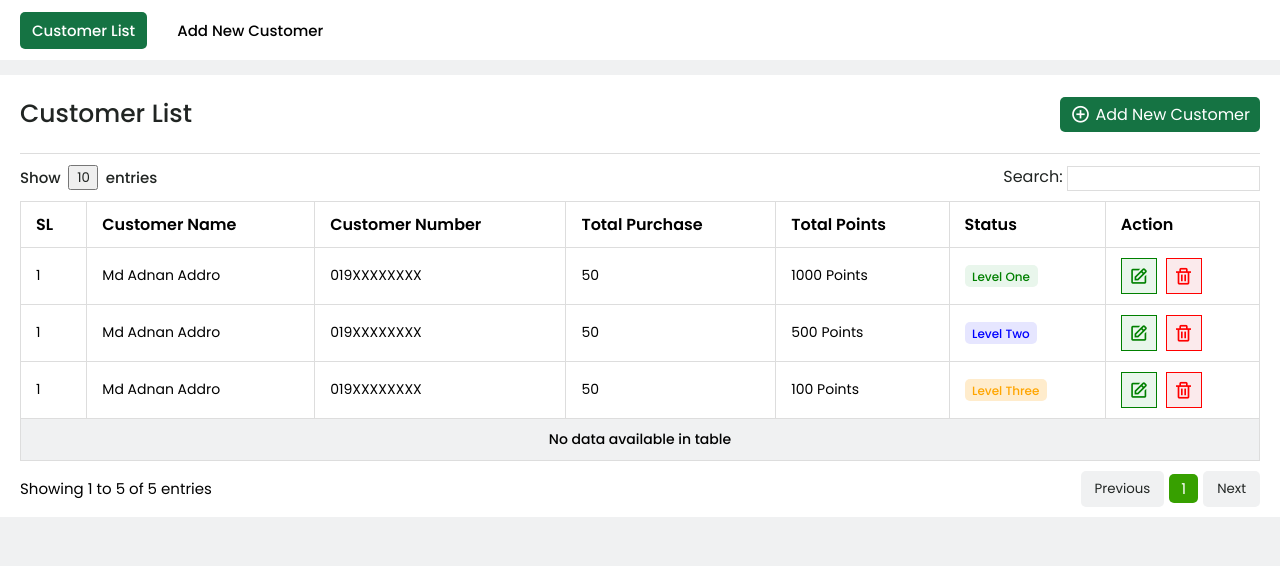
Repository: codebyaddro/customer-page
Page: customer.html
The author's editor kept a copy of each file at every save. The page is drawn from the files as they stood at one save, then again after a run of saves.
The browser window is 1280 px wide. The pictures show the whole page.

Above is the page before, as saved 2025-02-20 14:49:36.

### customer.html
<!DOCTYPE html>
<html lang="en">
<head>
    <meta charset="UTF-8">
    <meta name="viewport" content="width=device-width, initial-scale=1.0">
    <!-- CSS -->
    <link rel="stylesheet" href="css/customer.css">
    <!-- Icons -->
    <link href='https://unpkg.com/boxicons@2.1.4/css/boxicons.min.css' rel='stylesheet'>
    <title>Customer - Page</title>
</head>
<body style="background-color: var(--gray-white);">
    <div class="cba-customer-container">
        <div class="cba-cusc-top-menus">
            <ul>
                <li><a href="/index.html" class="cba-cusc-active-menu">Customer List</a></li>
                <li><a href="/inner-pages/html/anc.html" class="cba-cusc-light-up">Add New Customer</a></li>
            </ul>
        </div>
        <div class="cba-cusc-list-container">
            <div class="cba-cusc-heading-add-new-btn">
                <div class="cba-cusc-heading">
                    <h2>Customer List</h2>
                </div>
                <div class="cba-cusc-add-new-btn">
                    <i class='cba-cusc-add-icon bx bx-plus-circle'></i>
                    <a href="/inner-pages/html/anc.html">Add New Customer</a>
                </div>
            </div>
            <div class="cba-cusc-list-short-dpdwn-search-box">
                <div class="cba-cusc-list-short-dpdwn">
                    <h3>Show</h3>
                    <select name="10" id="">
                        <option value="">10</option>
                        <option value="">20</option>
                        <option value="">30</option>
                        <option value="">All</option>
                    </select>
                    <h3>entries</h3>
                </div>
                <div class="cba-cusc-search-box">
                    <legend>Search: <input type="text"></legend>
                </div>
            </div>
            <div class="cba-cusc-table-list">
                <table>
                    <thead>
                        <tr>
                            <th title="SL">SL</th>
                            <th title="Code">Customer Name</th>
                            <th title="Category Name">Customer Number</th>
                            <th title="Status">Total Purchase</th>
                            <th title="Status">Total Points</th>
                            <th title="Status">Status</th>
                            <th title="Action">Action</th>
                        </tr>
                    </thead>
                    <tbody>
                        <tr>
                            <td>1</td>
                            <td>Md Adnan Addro</td>
                            <td>019XXXXXXXX</td>
                            <td>50</td>
                            <td><span>1000</span> Points</td>
                            <td><span class="cba-cusc-ls1">Level One</span></td>
                            <td>
                                <a title="Edit" href="#"><i class='cba-cusc-edit-icon bx bx-edit'></i></a>
                                <a title="Delete" href="#"><i class='cba-cusc-delete-icon bx bx-trash'></i></a>
                            </td>
                        </tr>
                        <tr>
                            <td>1</td>
                            <td>Md Adnan Addro</td>
                            <td>019XXXXXXXX</td>
                            <td>50</td>
                            <td><span>500</span> Points</td>
                            <td><span class="cba-cusc-ls2">Level Two</span></td>
                            <td>
                                <a title="Edit" href="#"><i class='cba-cusc-edit-icon bx bx-edit'></i></a>
                                <a title="Delete" href="#"><i class='cba-cusc-delete-icon bx bx-trash'></i></a>
                            </td>
                        </tr>
                        <tr>
                            <td>1</td>
                            <td>Md Adnan Addro</td>
                            <td>019XXXXXXXX</td>
                            <td>50</td>
                            <td><span>100</span> Points</td>
                            <td><span class="cba-cusc-ls3">Level Three</span></td>
                            <td>
                                <a title="Edit" href="#"><i class='cba-cusc-edit-icon bx bx-edit'></i></a>
                                <a title="Delete" href="#"><i class='cba-cusc-delete-icon bx bx-trash'></i></a>
                            </td>
                        </tr>
                        <tr class="cba-cusc-no-data-available">
                            <th colspan="7">No data available in table</th>
                        </tr>
                    </tbody>
                </table>
            </div>
            <div class="cba-cusc-entries-details-list-page-btn">
                <div class="cba-cusc-entries-details">
                    Showing <span>1</span> to <span>5</span> of <span>5</span> entries
                </div>
                <div class="cba-cusc-list-page-btn">
                    <button>Previous</button>
                    <h4><span>1</span></h4>
                    <button>Next</button>
                </div>
            </div>
        </div>
    </div>
</body>
</html>

### css/customer.css
/* -- fonts -- */
@import url('https://fonts.googleapis.com/css2?family=Poppins:ital,wght@0,100;0,200;0,300;0,400;0,500;0,600;0,700;0,800;0,900;1,100;1,200;1,300;1,400;1,500;1,600;1,700;1,800;1,900&family=Raleway:ital,wght@0,100..900;1,100..900&family=Roboto:ital,wght@0,100;0,300;0,400;0,500;0,700;0,900;1,100;1,300;1,400;1,500;1,700;1,900&family=VT323&display=swap');

/* -- root -- */

:root {
    --gray-white: #F0F1F2; /* For body*/
    --white: #FFFFFF;
    --black: #000000;
    --gray-black: #DDDDDD;
    --lt-black: #212523;
    --lt-black-op: #21252350;
    --main-green: #157343;
    --main-lt: #37A000;
    --orange: #FFA500;
    --lt-orange: #FFECCC;
    --green: #008000;
    --lt-green: #e9f6ec;
    --red: #FF0000;
    --lt-red: #fbeaec;
    --blue: #0000FF;
    --lt-blue: #e6e6ff;
}

/* --universal style -- */

* {
    margin: 0;
    padding: 0;
    box-sizing: border-box;
    font-family: "Poppins", serif;
}

/* -- website app text selection cursor style */

::selection {
    color: var(--white);
    background-color: var(--main-lt);
}

/* -- customer container style -- */

.cba-customer-container {
    width: 100%;
    /* margin-top: 25px; */
}

/* -- top menus style--  */

.cba-cusc-top-menus {
    background-color: var(--white);
    display: flex;
    justify-content: left;
    align-items: center;
    height: 60px;
    padding: 10px 40px;
    margin-bottom: 15px;
}

.cba-cusc-top-menus ul {
    list-style-type: none;
    display: flex;
    gap: 30px;
    margin-left: -20px;
}

.cba-cusc-top-menus ul li a {
    text-decoration: none;
    color: var(--black);
    font-size: 15px;
    font-weight: 500;
}

/* -- active menu style -- */

.cba-cusc-active-menu {
    color: var(--white)!important;
    background-color: var(--main-green);
    padding: 8px 12px;
    border-radius: 5px;
}

/* -- menu hover style -- */

.cba-cusc-light-up:hover {
    color: var(--lt-orange);
}

/* -- list container style -- */

.cba-cusc-list-container {
    background-color: var(--white);
    padding: 0px 20px;
}

/* -- heading-add-new-btn style -- */

.cba-cusc-heading-add-new-btn {
    display: flex;
    justify-content: space-between;
    align-items: center;
    border-bottom: 1px solid var(--gray-black);
    padding: 20px 0px;
}

.cba-cusc-heading h2 {
    color: var(--lt-black);
    font-size: 25px;
    font-weight: 500;
}

/* -- add-new-btn style -- */

.cba-cusc-add-new-btn {
    display: flex;
    gap: 5px;
    justify-content: baseline;
    align-items: center;
}

.cba-cusc-add-new-btn {
    background-color: var(--main-green);
    padding: 5px 10px;
    border-radius: 5px;
}

.cba-cusc-add-new-btn a {
    color: var(--white);
    text-decoration: none;
}

.cba-cusc-add-icon {
    color: var(--white);
    font-size: 20px;
}

/* -- list-short-dpdwn-search-box style -- */

.cba-cusc-list-short-dpdwn-search-box {
    display: flex;
    justify-content: space-between;
    align-items: center;
    padding: 10px 0px;
}

/* -- list-short-dpdwn style -- */

.cba-cusc-list-short-dpdwn {
    display: flex;
    gap: 7.5px;
    align-items: center;
}

.cba-cusc-list-short-dpdwn h3 {
    color: var(--lt-black);
    font-size: 15px;
    font-weight: 500;
}

.cba-cusc-list-short-dpdwn select {
    color: var(--lt-black);
    appearance: none;
    height: 25px;
    width: 30px;
    padding-left: 8px;
    outline: none;
    border-radius: 2.5px;
}

/* -- search-box style -- */

.cba-cusc-search-box {
    display: flex;
    align-items: center;
}

.cba-cusc-search-box legend {
    color: var(--lt-black);
}

.cba-cusc-search-box input {
    outline: none;
    height: 25px;
    width: 193px;
    border: 1px solid var(--gray-black);
}

/* -- table-list style --*/

table {
    border-collapse: collapse;
    width: 100%;
}

@media (max-width: 768px) {
    table {
        width: 100%;
        padding: 0rem;
        display: block;
        overflow-x: scroll;
        overflow-y: hidden;
        scrollbar-width: thin;
        scrollbar-color: var(--black);
    }
}

/* -- thead style -- */

thead {
    cursor: pointer;
}

th, td {
    border: 1px solid var(--gray-black);
    padding: 10px 15px;
}

thead tr th {
    font-size: 1rem;
    font-weight: 600;
    text-align: left;
}

tbody tr td {
    font-size: 0.875rem;
}

tbody tr:hover {
    background-color: var(--gray-white);
}

/* -- tbody style -- */

/* status style */

.cba-cusc-ls1 {
    color: var(--green);
    background-color: var(--lt-green);
    font-size: 12px;
    font-weight: 500;
    padding: 2.5px 7.5px;
    border-radius: 5px;
}

.cba-cusc-ls2 {
    color: var(--blue);
    background-color: var(--lt-blue);
    font-size: 12px;
    font-weight: 500;
    padding: 2.5px 7.5px;
    border-radius: 5px;
}

.cba-cusc-ls3 {
    color: var(--orange);
    background-color: var(--lt-orange);
    font-size: 12px;
    font-weight: 500;
    padding: 2.5px 7.5px;
    border-radius: 5px;
}

/* -- action style -- */

.cba-cusc-edit-icon {
    color: var(--green);
    background-color: var(--lt-green);
    padding: 7px 7px;
    margin-right: 2.5px;
    border: 1px solid var(--green);
    font-size: 20px;
}

.cba-cusc-edit-icon:hover {
    background-color: var(--lt-black-op);
}

.cba-cusc-delete-icon {
    color: var(--red);
    background-color: var(--lt-red);
    padding: 7px 7px;
    margin-left: 2.5px;
    border: 1px solid var(--red);
    font-size: 20px;
}

.cba-cusc-delete-icon:hover {
    background-color: var(--lt-black-op);
}

/* -- no data style */

.cba-cusc-no-data-available th {
    font-size: 14px;
    font-weight:500;
    color: var(--black);
    background-color: var(--gray-white);
}

/* -- entries-details-list-page-btn style -- */

.cba-cusc-entries-details-list-page-btn {
    display: flex;
    justify-content: space-between;
    align-items: center;
    padding: 10px 0px;
}

.cba-cusc-entries-details {
    color: var(--black);
    font-size: 15px;
}

.cba-cusc-list-page-btn {
    display: flex;
    gap: 5px;
    align-items: center;
}

.cba-cusc-list-page-btn button {
    font-size: ;
    color: var(--lt-black);
    background-color: var(--gray-white);
    padding: 8px 14px;
    border: none;
    border-radius: 5px;
    cursor: pointer;
}

.cba-cusc-list-page-btn > h4 {
    color: var(--white);
    background-color: var(--main-lt);
    font-size: 15px;
    font-weight: 400;
    padding: 3px 12px;
    border-radius: 5px;
}

After the next 4 saves:
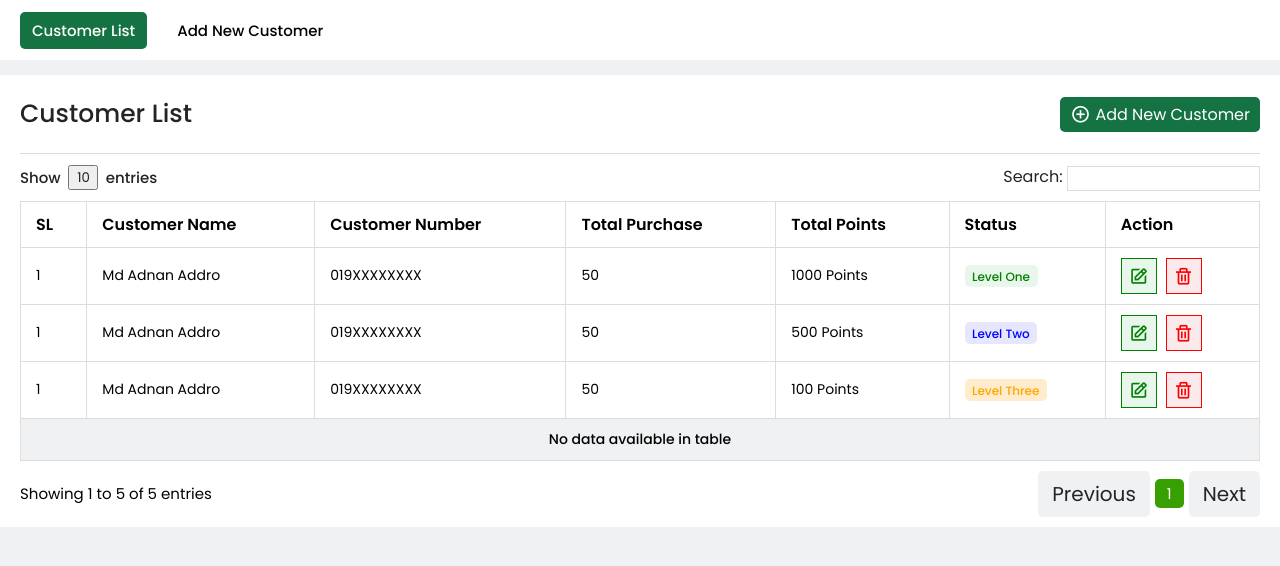
The 4 saves are shown as one change because they came seconds apart.
The last was saved 8 s later.
--- a/css/customer.css
+++ b/css/customer.css
@@ -318,7 +318,7 @@
 }
 
 .cba-cusc-list-page-btn button {
-    font-size: ;
+    font-size: 1.25rem;
     color: var(--lt-black);
     background-color: var(--gray-white);
     padding: 8px 14px;

After the 6 saves that followed:
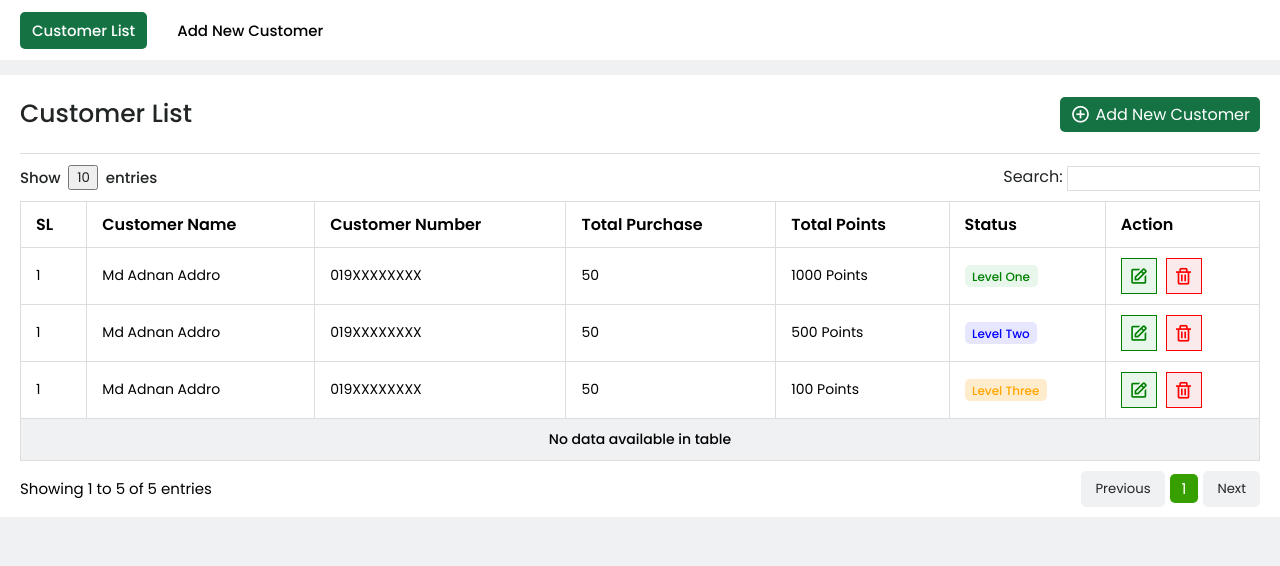
The 6 saves are shown as one change because 3 left the picture as it was and some came seconds apart.
The last was saved 40 s later.
--- a/css/customer.css
+++ b/css/customer.css
@@ -317,8 +317,8 @@
     align-items: center;
 }
 
-.cba-cusc-list-page-btn button {
-    font-size: 1.25rem;
+.cba-cusc-list-page-btn > button {
+    font-size: 0.825rem;
     color: var(--lt-black);
     background-color: var(--gray-white);
     padding: 8px 14px;
